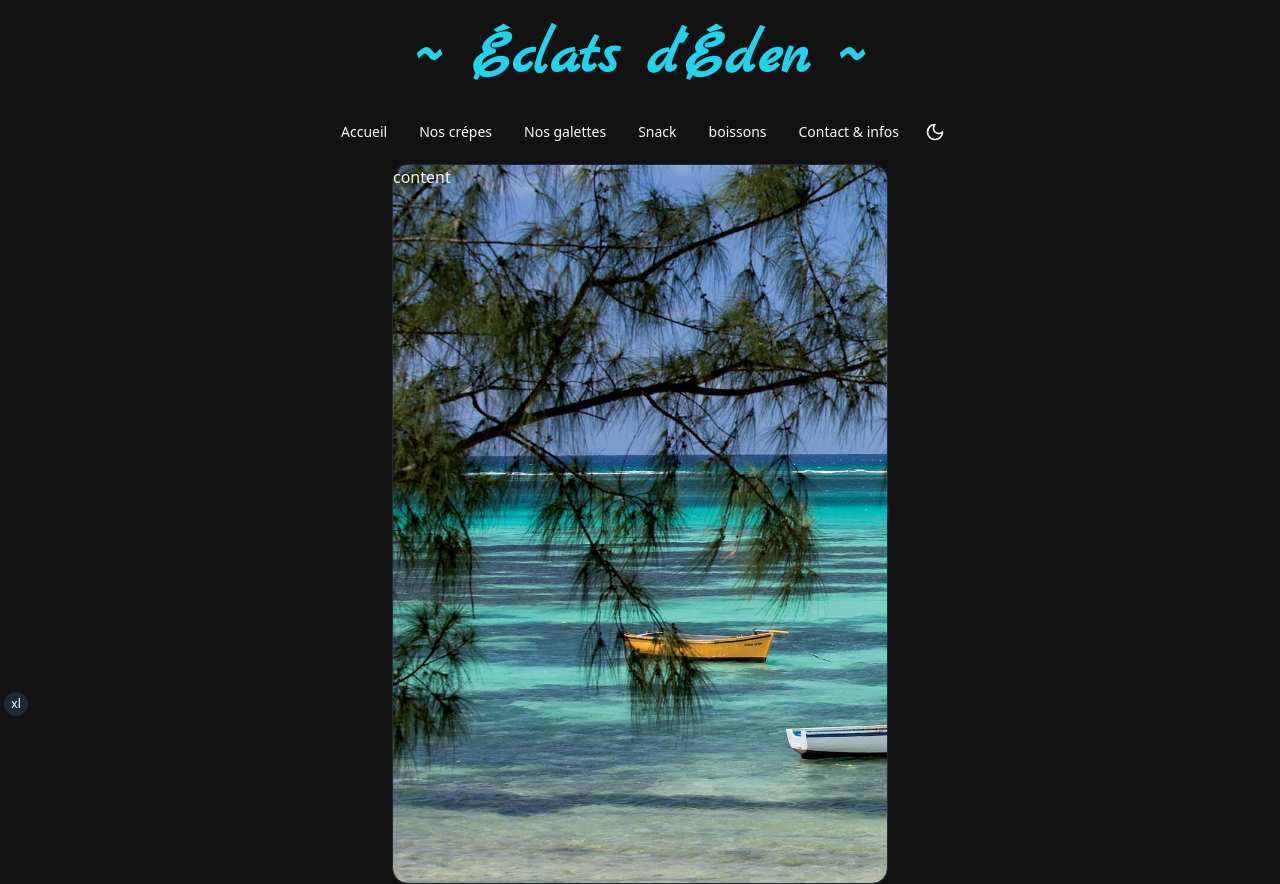
Repository: jeffMauritius/eclats-deden
Page: /schedule
The author's editor kept a copy of each file at every save. The page is drawn from the files as they stood at one save, then again after the next save.
The browser window is 1280 px wide. The pictures show the whole page.
The project was rebuilt for these pictures with package versions that can differ from the ones it lists, and the page was loaded fresh each time. The framework's server and built-in components were replaced by stand-ins that run in the browser. Also part of the build but not shown: next.config.mjs.

Above is the page before, as saved 2024-08-13 07:07:46.

### app/layout.tsx
// app/layout.
import { Header } from "@/components/layout/Header"
import { TailwindIndicator } from "@/components/TailwindIndicator"
import { SiteConfig } from "@/lib/config"
import { cn } from "@/lib/utils"
import type { Metadata } from "next"
import { Inter, Marck_Script } from "next/font/google"
import { PropsWithChildren } from "react"
import { Providers } from "./Providers"
import "./globals.css"
import { Title } from "@/components/layout/Title"

const fontSans = Inter({ subsets: ["latin"], variable: "--font-sans" })
const fontDisplay = Marck_Script({
  subsets: ["latin"],
  variable: "--font-display",
  weight: "400",
})

export const metadata: Metadata = {
  title: SiteConfig.title,
  description: SiteConfig.description,
}

export default function RootLayout({ children }: PropsWithChildren) {
  return (
    <html lang="en" className="h-full" suppressHydrationWarning>
      <head />
      <body
        className={cn(
          `flex flex-col h-screen bg-background font-sans antialiased p-5`,
          fontSans.variable,
          fontDisplay.variable,
        )}
      >
        <Providers>
          <div className="relative flex flex-col">
            <Title title="Éclats d'Éden" />
            <div>
              <Header />
            </div>
            {children}
          </div>
          <TailwindIndicator />
        </Providers>
      </body>
    </html>
  )
}

### app/schedule/page.tsx
const SchedulePage = () => {
  return (
    <div>
      <div className="flex justify-center">
        <div className="absolute m-auto h-screen w-2/5 rounded-2xl border bg-[url('/maurice.jpeg')] bg-cover ">
          <div className="relative imageUrl={`bg-[url('/riz.jpeg')] bg-cover`}">
            content
          </div>
        </div>
      </div>
    </div>
  )
}

export default SchedulePage

### src/components/layout/Header.tsx
"use client"

import { ThemeToggle } from "../ThemeToggle"
import NavigationMenuComponent from "./NavigationMenu"

export function Header() {
  return (
    <header className=" z-30 w-full">
      <div className=" container flex  flex-col  items-center space-x-4 pt-3 sm:justify-between sm:space-x-0">
        <div className="flex flex-auto justify-center py-3">
          <NavigationMenuComponent />
          <ThemeToggle />
        </div>
      </div>
    </header>
  )
}

### src/lib/config.ts
export const SiteConfig = {
  title: "Camille snack",
  description: "La Cuvette Beach, Grand Baie, Île Maurice",
} as const

### app/Providers.tsx
"use client"

import { SessionProvider } from "next-auth/react"
import { ThemeProvider } from "next-themes"
import { PropsWithChildren } from "react"
import { Toaster } from "react-hot-toast"

export const Providers = ({ children }: PropsWithChildren) => {
  return (
    <>
      <ThemeProvider attribute="class" defaultTheme="dark" enableSystem>
        <Toaster />
        <SessionProvider>{children}</SessionProvider>
      </ThemeProvider>
    </>
  )
}

### app/globals.css
@tailwind base;
  @tailwind components;
  @tailwind utilities;

  @layer base {
    :root {
      --background: 0 0% 100%;
      --foreground: 222.2 84% 4.9%;

      --card: 0 0% 100%;
      --card-foreground: 222.2 84% 4.9%;

      --popover: 0 0% 100%;
      --popover-foreground: 222.2 84% 4.9%;

      --primary: 222.2 47.4% 11.2%;
      --primary-foreground: 210 40% 98%;

      --secondary: 210 40% 96.1%;
      --secondary-foreground: 222.2 47.4% 11.2%;

      --muted: 210 40% 96.1%;
      --muted-foreground: 215.4 16.3% 46.9%;

      --accent: 210 40% 96.1%;
      --accent-foreground: 222.2 47.4% 11.2%;

      --destructive: 0 84.2% 60.2%;
      --destructive-foreground: 210 40% 98%;

      --border: 214.3 31.8% 91.4%;
      --input: 214.3 31.8% 91.4%;
      --ring: 222.2 84% 4.9%;

      --radius: 0.5rem;
    }

    .dark {
      --background: rgb(10, 11, 10);
      --foreground: 210 40% 98%;

      --card: rgb(10, 11, 10);
      --card-foreground: 210 40% 98%;

      --popover: 222.2 84% 4.9%;
      --popover-foreground: 210 40% 98%;

      --primary: 210 40% 98%;
      --primary-foreground: 222.2 47.4% 11.2%;

      --secondary: 217.2 32.6% 17.5%;
      --secondary-foreground: 210 40% 98%;

      --muted: 217.2 32.6% 17.5%;
      --muted-foreground: 215 20.2% 65.1%;

      --accent: 217.2 32.6% 17.5%;
      --accent-foreground: 210 40% 98%;

      --destructive: 0 62.8% 30.6%;
      --destructive-foreground: 210 40% 98%;

      --border: 217.2 32.6% 17.5%;
      --input: 217.2 32.6% 17.5%;
      --ring: 212.7 26.8% 83.9%;
    }
  }

  @layer base {
    * {
      @apply border-border;
    }
    @font-face {
      font-family: 'Marck Script';
      font-style: normal;
      font-weight: 400;
      font-display: swap;
      src: url(/fonts/MarckScript-Regular.ttf) format('ttf');
    }
    body {
      @apply bg-background text-foreground;
    }
  }

### src/components/layout/Title.tsx
interface TitleProps {
  title: string
}

export function Title({ title }: TitleProps) {
  return (
    <div className="flex flex-auto justify-center ">
      <h1
        className={`pt-2 font-display text-4xl font-bold text-cyan-400 md:text-6xl`}
      >
        {" "}
        {`~ ${title} ~`}
      </h1>
    </div>
  )
}

### src/components/ThemeToggle.tsx
"use client"

import { Button } from "@/components/ui/button"
import { Moon, Sun } from "lucide-react"
import { useTheme } from "next-themes"

export function ThemeToggle() {
  const { setTheme, theme } = useTheme()

  return (
    <Button
      variant="ghost"
      size="icon"
      onClick={() => setTheme(theme === "light" ? "dark" : "light")}
    >
      <Sun className="h-6 w-[1.3rem] dark:hidden" />
      <Moon className="hidden size-5 dark:block" />
      <span className="sr-only">Toggle theme</span>
    </Button>
  )
}

### src/components/layout/NavigationMenu.tsx
"use client"

import {
  NavigationMenu,
  NavigationMenuLink,
  navigationMenuTriggerStyle,
} from "@/components/ui/navigation-menu"
import { navigationData } from "./navigationData"
import { useClientMediaQuery } from "@/lib/isMobileDevice"

const NavigationMenuComponent = () => {
  const isMobile = useClientMediaQuery("(max-width: 600px)")
  return (
    <NavigationMenu>
      {!isMobile &&
        navigationData.map((item, index) => (
          <NavigationMenuLink
            className={navigationMenuTriggerStyle()}
            key={index}
            href={item.link}
          >
            {item.title}
          </NavigationMenuLink>
        ))}
    </NavigationMenu>
  )
}

export default NavigationMenuComponent

### src/components/ui/button.tsx
import * as React from "react"
import { Slot } from "@radix-ui/react-slot"
import { cva, type VariantProps } from "class-variance-authority"

import { cn } from "@/lib/utils"

const buttonVariants = cva(
  "inline-flex items-center justify-center whitespace-nowrap rounded-md text-sm font-medium ring-offset-background transition-colors focus-visible:outline-none focus-visible:ring-2 focus-visible:ring-ring focus-visible:ring-offset-2 disabled:pointer-events-none disabled:opacity-50",
  {
    variants: {
      variant: {
        default: "bg-primary text-primary-foreground hover:bg-primary/90",
        destructive:
          "bg-destructive text-destructive-foreground hover:bg-destructive/90",
        outline:
          "border border-input bg-background hover:bg-accent hover:text-accent-foreground",
        secondary:
          "bg-secondary text-secondary-foreground hover:bg-secondary/80",
        ghost: "hover:bg-accent hover:text-accent-foreground",
        link: "text-primary underline-offset-4 hover:underline",
      },
      size: {
        default: "h-10 px-4 py-2",
        sm: "h-9 rounded-md px-3",
        lg: "h-11 rounded-md px-8",
        icon: "size-10",
      },
    },
    defaultVariants: {
      variant: "default",
      size: "default",
    },
  },
)

export interface ButtonProps
  extends React.ButtonHTMLAttributes<HTMLButtonElement>,
    VariantProps<typeof buttonVariants> {
  asChild?: boolean
}

const Button = React.forwardRef<HTMLButtonElement, ButtonProps>(
  ({ className, variant, size, asChild = false, ...props }, ref) => {
    const Comp = asChild ? Slot : "button"
    return (
      <Comp
        className={cn(buttonVariants({ variant, size, className }))}
        ref={ref}
        {...props}
      />
    )
  },
)
Button.displayName = "Button"

export { Button, buttonVariants }

### src/components/ui/navigation-menu.tsx
import * as React from "react"
import * as NavigationMenuPrimitive from "@radix-ui/react-navigation-menu"
import { cva } from "class-variance-authority"
import { ChevronDown } from "lucide-react"

import { cn } from "@/lib/utils"

const NavigationMenu = React.forwardRef<
  React.ElementRef<typeof NavigationMenuPrimitive.Root>,
  React.ComponentPropsWithoutRef<typeof NavigationMenuPrimitive.Root>
>(({ className, children, ...props }, ref) => (
  <NavigationMenuPrimitive.Root
    ref={ref}
    className={cn(
      "relative z-10 flex max-w-max flex-1 items-center justify-center",
      className,
    )}
    {...props}
  >
    {children}
    <NavigationMenuViewport />
  </NavigationMenuPrimitive.Root>
))
NavigationMenu.displayName = NavigationMenuPrimitive.Root.displayName

const NavigationMenuList = React.forwardRef<
  React.ElementRef<typeof NavigationMenuPrimitive.List>,
  React.ComponentPropsWithoutRef<typeof NavigationMenuPrimitive.List>
>(({ className, ...props }, ref) => (
  <NavigationMenuPrimitive.List
    ref={ref}
    className={cn(
      "group flex flex-1 list-none items-center justify-center space-x-1",
      className,
    )}
    {...props}
  />
))
NavigationMenuList.displayName = NavigationMenuPrimitive.List.displayName

const NavigationMenuItem = NavigationMenuPrimitive.Item

const navigationMenuTriggerStyle = cva(
  "group inline-flex h-10 w-max items-center justify-center rounded-md bg-background px-4 py-2 text-sm font-medium transition-colors hover:bg-accent hover:text-accent-foreground focus:bg-accent focus:text-accent-foreground focus:outline-none disabled:pointer-events-none disabled:opacity-50 data-[active]:bg-accent/50 data-[state=open]:bg-accent/50",
)

const NavigationMenuTrigger = React.forwardRef<
  React.ElementRef<typeof NavigationMenuPrimitive.Trigger>,
  React.ComponentPropsWithoutRef<typeof NavigationMenuPrimitive.Trigger>
>(({ className, children, ...props }, ref) => (
  <NavigationMenuPrimitive.Trigger
    ref={ref}
    className={cn(navigationMenuTriggerStyle(), "group", className)}
    {...props}
  >
    {children}{" "}
    <ChevronDown
      className="relative top-px ml-1 size-3 transition duration-200 group-data-[state=open]:rotate-180"
      aria-hidden="true"
    />
  </NavigationMenuPrimitive.Trigger>
))
NavigationMenuTrigger.displayName = NavigationMenuPrimitive.Trigger.displayName

const NavigationMenuContent = React.forwardRef<
  React.ElementRef<typeof NavigationMenuPrimitive.Content>,
  React.ComponentPropsWithoutRef<typeof NavigationMenuPrimitive.Content>
>(({ className, ...props }, ref) => (
  <NavigationMenuPrimitive.Content
    ref={ref}
    className={cn(
      "left-0 top-0 w-full data-[motion^=from-]:animate-in data-[motion^=to-]:animate-out data-[motion^=from-]:fade-in data-[motion^=to-]:fade-out data-[motion=from-end]:slide-in-from-right-52 data-[motion=from-start]:slide-in-from-left-52 data-[motion=to-end]:slide-out-to-right-52 data-[motion=to-start]:slide-out-to-left-52 md:absolute md:w-auto ",
      className,
    )}
    {...props}
  />
))
NavigationMenuContent.displayName = NavigationMenuPrimitive.Content.displayName

const NavigationMenuLink = NavigationMenuPrimitive.Link

const NavigationMenuViewport = React.forwardRef<
  React.ElementRef<typeof NavigationMenuPrimitive.Viewport>,
  React.ComponentPropsWithoutRef<typeof NavigationMenuPrimitive.Viewport>
>(({ className, ...props }, ref) => (
  <div className={cn("absolute left-0 top-full flex justify-center")}>
    <NavigationMenuPrimitive.Viewport
      className={cn(
        "origin-top-center relative mt-1.5 h-[var(--radix-navigation-menu-viewport-height)] w-full overflow-hidden rounded-md border bg-popover text-popover-foreground shadow-lg data-[state=open]:animate-in data-[state=closed]:animate-out data-[state=closed]:zoom-out-95 data-[state=open]:zoom-in-90 md:w-[var(--radix-navigation-menu-viewport-width)]",
        className,
      )}
      ref={ref}
      {...props}
    />
  </div>
))
NavigationMenuViewport.displayName =
  NavigationMenuPrimitive.Viewport.displayName

const NavigationMenuIndicator = React.forwardRef<
  React.ElementRef<typeof NavigationMenuPrimitive.Indicator>,
  React.ComponentPropsWithoutRef<typeof NavigationMenuPrimitive.Indicator>
>(({ className, ...props }, ref) => (
  <NavigationMenuPrimitive.Indicator
    ref={ref}
    className={cn(
      "top-full z-[1] flex h-1.5 items-end justify-center overflow-hidden data-[state=visible]:animate-in data-[state=hidden]:animate-out data-[state=hidden]:fade-out data-[state=visible]:fade-in",
      className,
    )}
    {...props}
  >
    <div className="relative top-[60%] size-2 rotate-45 rounded-tl-sm bg-border shadow-md" />
  </NavigationMenuPrimitive.Indicator>
))
NavigationMenuIndicator.displayName =
  NavigationMenuPrimitive.Indicator.displayName

export {
  navigationMenuTriggerStyle,
  NavigationMenu,
  NavigationMenuList,
  NavigationMenuItem,
  NavigationMenuContent,
  NavigationMenuTrigger,
  NavigationMenuLink,
  NavigationMenuIndicator,
  NavigationMenuViewport,
}

### src/components/layout/navigationData.ts
export const navigationData = [
    {
        title: "Accueil",
        link: "/",
    },
    {
        title: "Nos crépes",
        link: "/crepes",
    },
    {
        title: "Nos galettes",
        link: "/galettes",
    },
    {
        title: "Snack",
        link: "/snack",
    },
    {
        title: "boissons",
        link: "/boissons",
    },
    {
        title: "Contact & infos",
        link: "/location",
    },

]

export const navigationDataMobile = [
    {
        title: "Accueil",
        link: "/",
    },
    {
        title: "Horaires d'ouverture",
        link: "/schedule",
    },
    {
        title: "Contact & infos",
        link: "/location",
    },

]

### src/lib/isMobileDevice.ts
'use client'

import { useEffect, useState } from 'react'

export function useClientMediaQuery(query: string) {
  const [matches, setMatches] = useState(false)

  useEffect(() => {
    const mediaQueryList = window.matchMedia(query)

    const handleMatchChange = (e: MediaQueryListEvent) => {
      setMatches(e.matches)
    }

    mediaQueryList.addEventListener('change', handleMatchChange)
    setMatches(mediaQueryList.matches)

    return () => {
      mediaQueryList.removeEventListener('change', handleMatchChange)
    }
  }, [query])

  return matches
}

### tailwind.config.ts
import type { Config } from "tailwindcss"

const config = {
  darkMode: ["class"],
  content: [
    "./pages/**/*.{ts,tsx}",
    "./components/**/*.{ts,tsx}",
    "./app/**/*.{ts,tsx}",
    "./src/**/*.{ts,tsx}",
  ],
  prefix: "",
  theme: {
    container: {
      center: true,
      padding: "2rem",
      screens: {
        "2xl": "1400px",
      },
    },
    fontFamily: {
      'display': ['"Marck Script"', 'cursive'],
      'body': ['"Open Sans"', 'sans-serif'],
    },
    extend: {
      colors: {
        border: "hsl(var(--border))",
        input: "hsl(var(--input))",
        ring: "hsl(var(--ring))",
        background: "hsl(var(--background))",
        foreground: "hsl(var(--foreground))",
        primary: {
          DEFAULT: "hsl(var(--primary))",
          foreground: "hsl(var(--primary-foreground))",
        },
        secondary: {
          DEFAULT: "hsl(var(--secondary))",
          foreground: "hsl(var(--secondary-foreground))",
        },
        destructive: {
          DEFAULT: "hsl(var(--destructive))",
          foreground: "hsl(var(--destructive-foreground))",
        },
        muted: {
          DEFAULT: "hsl(var(--muted))",
          foreground: "hsl(var(--muted-foreground))",
        },
        accent: {
          DEFAULT: "hsl(var(--accent))",
          foreground: "hsl(var(--accent-foreground))",
        },
        popover: {
          DEFAULT: "hsl(var(--popover))",
          foreground: "hsl(var(--popover-foreground))",
        },
        card: {
          DEFAULT: "hsl(var(--card))",
          foreground: "hsl(var(--card-foreground))",
        },
      },
      borderRadius: {
        lg: "var(--radius)",
        md: "calc(var(--radius) - 2px)",
        sm: "calc(var(--radius) - 4px)",
      },
      keyframes: {
        "accordion-down": {
          from: { height: "0" },
          to: { height: "var(--radix-accordion-content-height)" },
        },
        "accordion-up": {
          from: { height: "var(--radix-accordion-content-height)" },
          to: { height: "0" },
        },
      },
      animation: {
        "accordion-down": "accordion-down 0.2s ease-out",
        "accordion-up": "accordion-up 0.2s ease-out",
      },
    },
  },
  plugins: [require("tailwindcss-animate")],
} satisfies Config

export default config

Loaded but not shown: src/components/TailwindIndicator.tsx (common file); src/lib/utils.ts (common file)

After the next save:
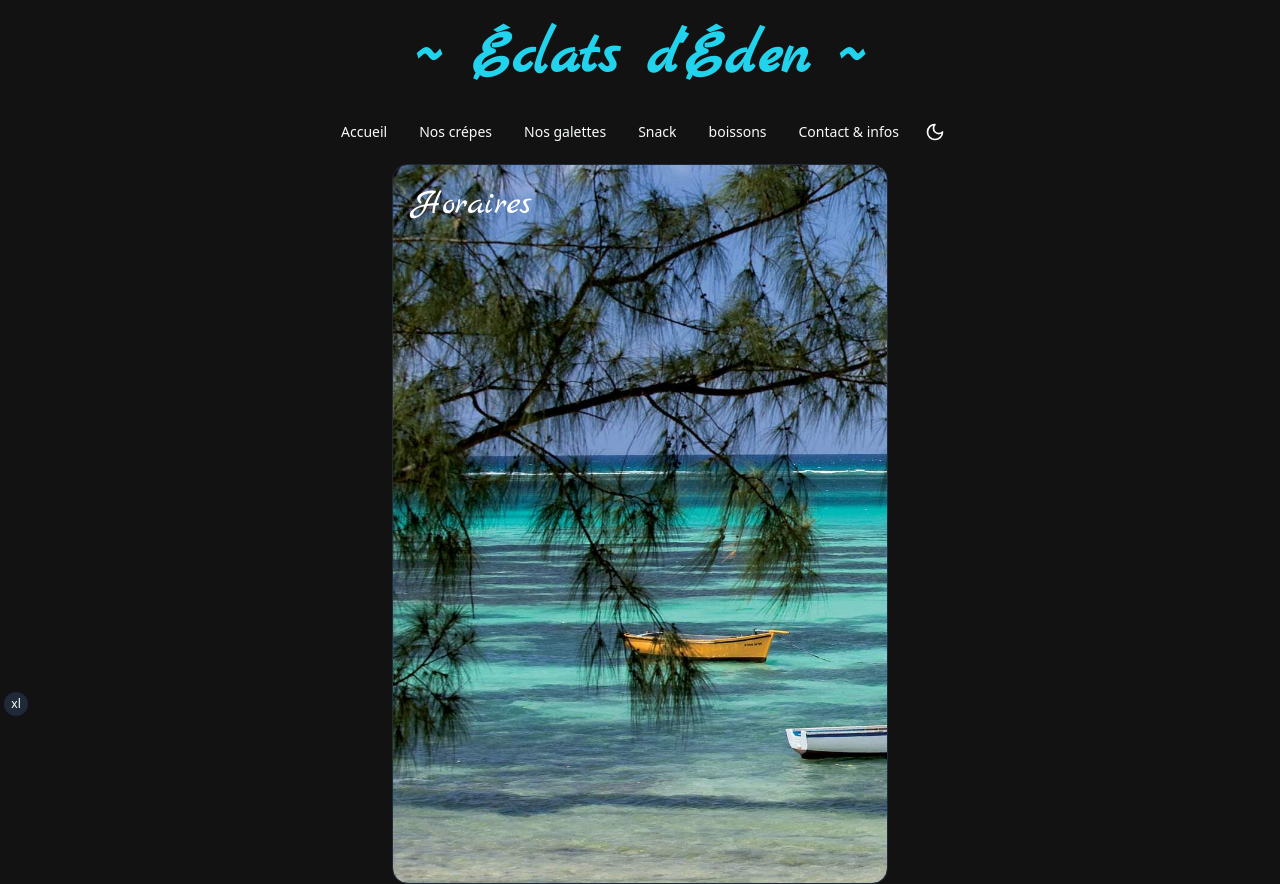
Saved 61 s later.
--- a/app/schedule/page.tsx
+++ b/app/schedule/page.tsx
@@ -4,7 +4,9 @@ const SchedulePage = () => {
       <div className="flex justify-center">
         <div className="absolute m-auto h-screen w-2/5 rounded-2xl border bg-[url('/maurice.jpeg')] bg-cover ">
           <div className="relative imageUrl={`bg-[url('/riz.jpeg')] bg-cover`}">
-            content
+            <div>
+              <h1 className="p-5 font-display text-4xl text-white">Horaires</h1>
+            </div>
           </div>
         </div>
       </div>
